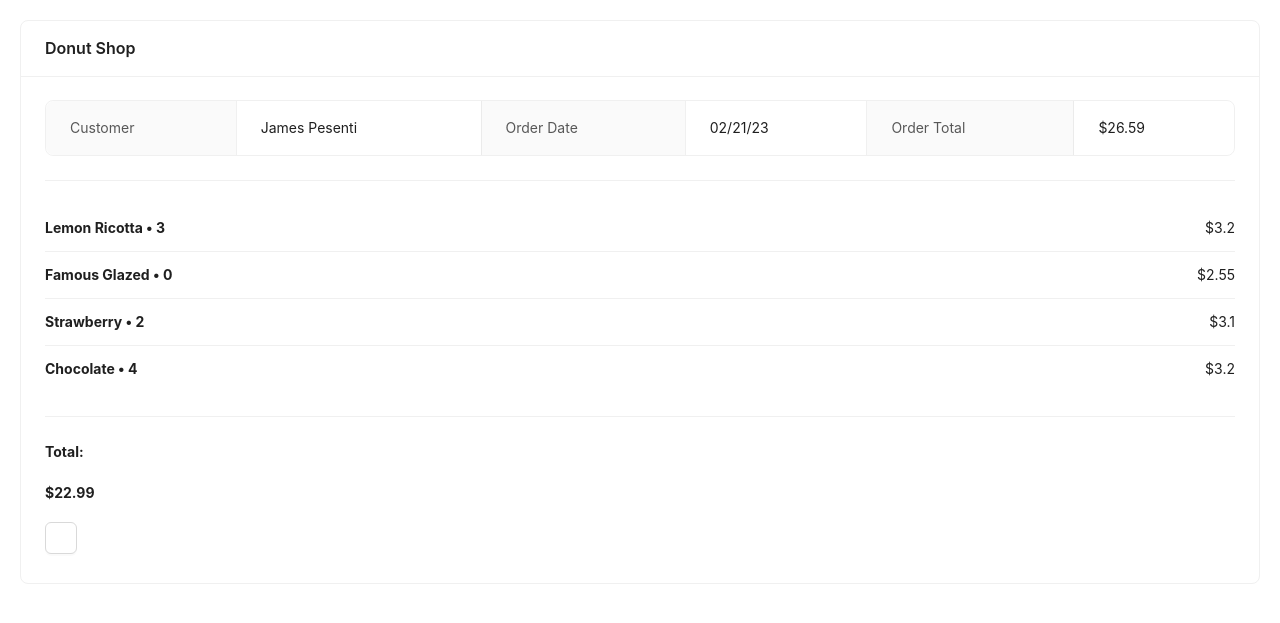
Repository: JamesPesenti/DonutShopDashboard
Page: /order-history
An editor plug-in stored every save of this project. The page is shown before and after the next save, followed by the edit.
The browser window is 1280 px wide. The pictures show the whole page.
The project was rebuilt for these pictures with package versions that can differ from the ones it lists, and the page was loaded fresh each time.

Above is the page before, as saved 2023-03-22 14:20:23.

After the next save:
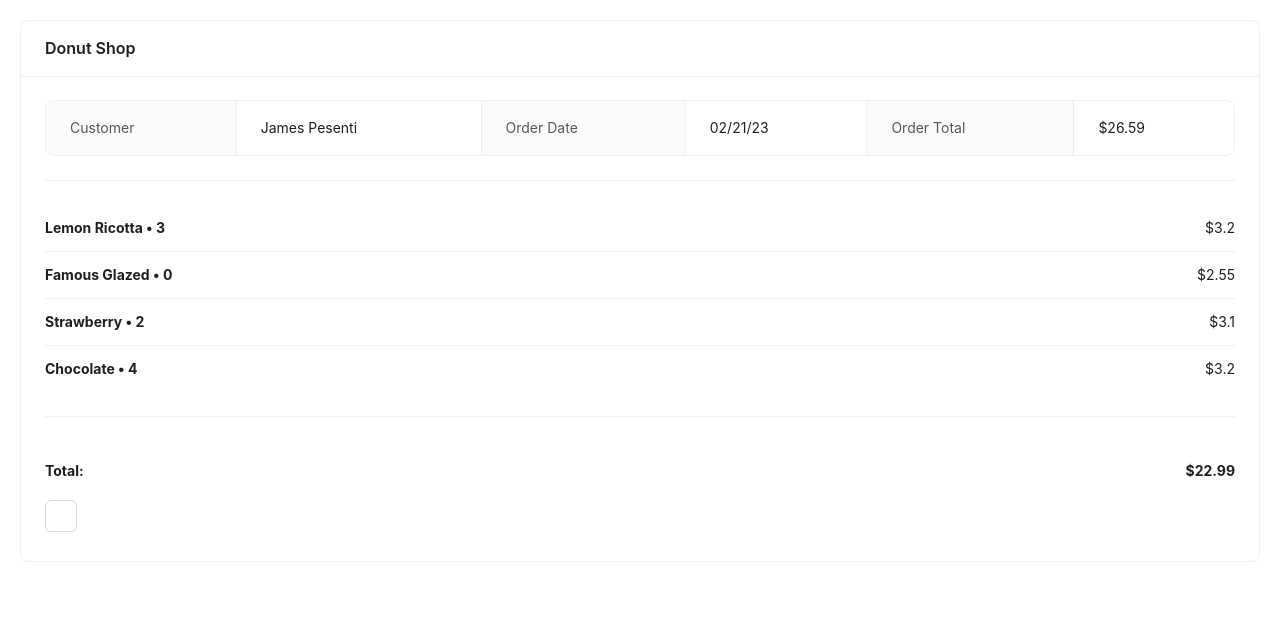
Saved 2 min 1 s later.
--- a/src/App.js
+++ b/src/App.js
@@ -27,9 +27,9 @@ function App() {
           )}
         />
         <Divider />
-        <div>
+        <div style={styles.totalContainer}>
           <h4>Total:</h4>
-          <h4>$22.99</h4>
+          <h4 style={styles.price}>$22.99</h4>
         </div>
         <Button />
       </Card>
@@ -37,4 +37,14 @@ function App() {
   );
 }
 
+const styles = {
+  totalContainer: {
+    display: "flex",
+    flexDirection: "row",
+  },
+  price: {
+    marginLeft: "auto"
+  }
+}
+
 export default App;
